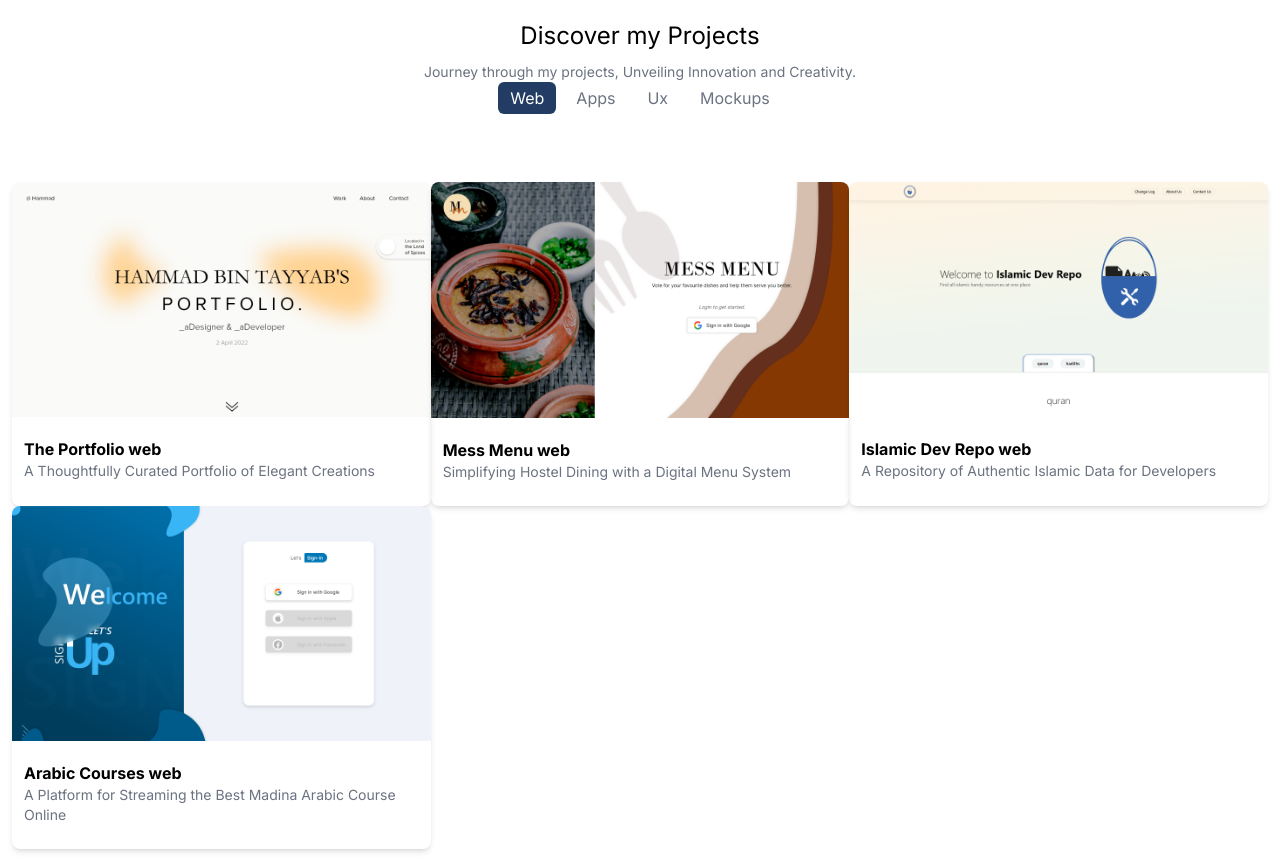
Repository: SpicierEwe/my_portfolio_v2
Page: /
An editor plug-in stored every save of this project. The page is shown before and after a run of saves, followed by the edit.
The browser window is 1280 px wide. The pictures show the whole page.
The project was rebuilt for these pictures with package versions that can differ from the ones it lists, and the page was loaded fresh each time. The framework's server and built-in components were replaced by stand-ins that run in the browser. Also part of the build but not shown: next.config.js, core/utils/customIcons.js, core/utils/utils.tsx, core/db/sub_db_data/ux_db.js.

Above is the page before, as saved 2024-04-22 11:15:50.

### app/page.tsx
import DevicePreview from "@/Components/Device_preview/device_preview";
import HeroSection from "@/Components/Hero_section/hero_section";
import WorkSection from "@/Components/Work_section/work_section";
import Image from "next/image";

export default function Home() {
  return (
    <main>
      {/* <div className="absolute z-30 overflow-hidden bottom-0 ">
        <DevicePreview  />
      </div> */}
      {/* <div className="overflow-hidden">
        <HeroSection />
      </div> */}

      <WorkSection />
    </main>
  );
}

### app/globals.css
@layer base {

  @font-face {
    font-family: 'Garamond';
    src: url('../public/fonts/EBGaramond-VariableFont_wght.ttf');

  }

  @font-face {
    font-family: 'Proxima Nova';
    src: url('../public/fonts/MarkSimonsonProximaNovaRegular.otf');
    font-weight: normal;
    font-style: normal;
  }


  @font-face {
    font-family: "Rage";
    src: url("../public/fonts/rage.ttf");
  }
}

@tailwind base;
@tailwind components;
@tailwind utilities;

:root {
  --foreground-rgb: 0, 0, 0;
  --background-start-rgb: 214, 219, 220;
  --background-end-rgb: 255, 255, 255;

}

@media (prefers-color-scheme: dark) {
  :root {
    --foreground-rgb: 255, 255, 255;
    --background-start-rgb: 0, 0, 0;
    --background-end-rgb: 0, 0, 0;
  }
}

body {

  /* background: #F5F5F5; */
}

### Components/Work_section/work_section.tsx
"use client";

import { db } from "../../core/db/db";
import Image from "next/image";
import Link from "next/link";
import { useState } from "react";

export default function WorkSection() {
  const navItems: string[] = Object.keys(db.portfolioItems);
  const [selectedNavItemIndex, setSelectedNavItemIndex] = useState<number>(0);
  return (
    <section className="">
      {/* header */}
      <header className="flex flex-col items-center pt-5">
        <h2 className="text-center text-2xl">Discover my Projects</h2>
        <p className="text-center text-sm mt-2.5 text-gray-500">
          Journey through my projects, Unveiling Innovation and Creativity.
        </p>
      </header>
      {/* nav */}
      <nav>
        <ul className="flex justify-center mt-6 gap-2 flex-wrap">
          {navItems.map((item, index) => {
            const isSelected: Boolean = selectedNavItemIndex == index;
            return (
              <li
                className={`${
                  isSelected ? "bg-brand-color" : ""
                } px-3 py-1 rounded-md cursor-pointer`}
                onClick={() => setSelectedNavItemIndex(index)}
                key={index}
              >
                <Link
                  href="#"
                  className={`${
                    isSelected ? "text-white" : "text-gray-500"
                  } capitalize`}
                >
                  {item}
                </Link>
              </li>
            );
          })}
        </ul>
      </nav>

      <main>
        {/* projects */}
        <div className="grid grid-cols-1 md:grid-cols-2 lg:grid-cols-3 gap-4 mt-14 px-3 py-3">
          {(db.portfolioItems as any)[navItems[selectedNavItemIndex]].map(
            (item: any, index: number) => {
              const selectedNavItemName: string =
                navItems[selectedNavItemIndex];
              const projectName: string = item["projectName"];
              const imageLink: string = item["imageLink"];
              const tagLine = item["projectTagLine"];
              return (
                <div
                  key={index}
                  className="shadow-md rounded-lg overflow-hidden"
                >
                  {
                    <Image
                      className=""
                      src={imageLink}
                      alt={projectName}
                      height={200}
                      width={200}
                      layout="responsive"
                    ></Image>
                  }
                  <div className="ml-3 mb-6 mt-5">
                    <p className=" font-bold">
                      {projectName} {selectedNavItemName}
                    </p>
                    <p className="text-gray-500 text-sm">{tagLine}</p>
                  </div>
                </div>
              );
            }
          )}
        </div>
      </main>
    </section>
  );
}

### core/db/db.js
import { websitesDb } from "./sub_db_data/websites_db";
import { appsDb } from "./sub_db_data/apps_db";
import { uxDb } from "./sub_db_data/ux_db";
import { mockupsDb } from "./sub_db_data/mockups_db";

export const db = {
  portfolioItems: {
    web: websitesDb,
    apps: appsDb,
    ux: uxDb,
    mockups: mockupsDb,
  },
};

### core/db/sub_db_data/websites_db.js
import { embedCustomLinks } from "../../utils/utils";

export const websitesDb = [
  {
    projectName: "The Portfolio",
    projectId: "e2f9658b-f9bb-4d2c-ac8c-113a56d9204f",
    projectTagLine: "A Thoughtfully Curated Portfolio of Elegant Creations",
    link: "https://hammadtayyab.vercel.app/",
    imageLink: "/images/websites/my_portfolio.png",
    info: "This portfolio project showcases a minimalist design, highlighting my work and skills with clarity and finesse. The aim was to provide a seamless user experience and intuitive navigation, creating a comprehensive and sophisticated display of my professional journey.",
    roles: [
      "Data Analyst",
      "Designer",
      "Developer",
      "Maintainer",
      "Product Manager",
      "Tester/Quality Assurance",
      "Researcher",
      "DevOps Engineer",
      "Technical Writer",
      "Project Manager",
    ],
    techStack: [
      "NextJs",
      "React",
      "TypeScript",
      "TailwindCSS",
      "HTML",
      "CSS",
      "JavaScript",
      "Git",
      "Vercel",
    ],
  },
  {
    projectId: "566ec8d6-4d5d-4f22-9580-2c574f7122fb",
    projectName: "Mess Menu",
    projectTagLine: "Simplifying Hostel Dining with a Digital Menu System",
    link: "https://messmenu.vercel.app/",
    imageLink: "/images/websites/mess_menu.png",
    info: "This project streamlines the process of hostel dining by offering a digital menu system for students. Monthly menus are curated through community voting, allowing students to have a say in their dining options. Originating from a friend's final year project, the focus was on user-centric design and functionality, ensuring a seamless experience for all users.",
    roles: [
      "Data Analyst",
      "Designer",
      "Developer",
      "Maintainer",
      "Product Manager",
      "Tester/Quality Assurance",
      "Researcher",
      "DevOps Engineer",
      "Technical Writer",
      "Project Manager",
    ],
    techStack: [
      "NextJs",
      "React",
      "HTML",
      "CSS",
      "JavaScript",
      "Git",
      "Vercel",
      "Firebase",
      "Firebase Auth",
    ],
  },
  {
    projectId: "e3a52953-0a4d-43c3-b874-bd55925f6a7e",
    projectName: "Islamic Dev Repo",
    projectTagLine: "A Repository of Authentic Islamic Data for Developers",
    link: "https://islamic-dev-repo.vercel.app/",
    imageLink: "/images/websites/islamic_dev_repo.png",
    info: "This project offers developers a curated repository of reliable Islamic data that can be seamlessly integrated into various applications. With a focus on authenticity and compatibility across multiple devices, this repository provides a trustworthy source of information for developers working on Islamic-related projects.",
    roles: [
      "Data Analyst",
      "Designer",
      "Developer",
      "Maintainer",
      "Product Manager",
      "Tester/Quality Assurance",
      "Researcher",
      "DevOps Engineer",
      "Technical Writer",
      "Project Manager",
    ],
    techStack: [
      "NextJs",
      "React",
      "HTML",
      "CSS",
      "JavaScript",
      "Git",
      "Vercel",
      "Python",
    ],
  },
  {
    projectId: "87693335-b9d6-434c-8428-5d8266482050",
    projectName: "Arabic Courses",
    projectTagLine:
      "A Platform for Streaming the Best Madina Arabic Course Online",
    link: "https://arabiccourses.vercel.app/",
    imageLink: "/images/websites/arabic_courses.png",
    info: `The goal of this project was to establish an online platform for the popular Madina Arabic course, allowing users to stream videos from the cloud and track their progress. Initially, the videos were only available for download, but this platform offers a more convenient streaming experience. You can learn more about the course at ${embedCustomLinks(
      {
        link: "https://abdurrahman.org/arabic-learning/dvds/",
        title: "AbdurRahman.Org",
      }
    )}. Arabic Courses enhances accessibility and convenience for users, making the learning process smoother and more enjoyable.`,
    roles: [
      "Data Analyst",
      "Designer",
      "Developer",
      "Maintainer",
      "Product Manager",
      "Tester/Quality Assurance",
      "Researcher",
      "DevOps Engineer",
      "Technical Writer",
      "Project Manager",
    ],
    techStack: [
      "NextJs",
      "React",
      "HTML",
      "CSS",
      "JavaScript",
      "Git",
      "Vercel",
      "Firebase",
      "Firebase Auth",
    ],
  },
];

### core/db/sub_db_data/apps_db.js
import { embedCustomLinks } from "../../utils/utils";

export const appsDb = [
  {
    projectId: "38384ae3-5586-40be-b025-c9c3ad1094ef",
    projectName: "al Qur'an",
    projectTagLine: "All about the Qur'an in one app.",

    link: "https://play.google.com/store/apps/details?id=com.spicierewe.al_quran",

    imageLink: "/images/apps/al_quran.png",

    info: `The "al Qur'an" app offers a comprehensive experience of the Qur'an for users around the world. It includes a wide range of translations in various languages, tafseer (exegesis), access to over 49 reciters and translators, and much more. All data is sourced from the reliable platform ${embedCustomLinks(
      { link: "https://quran.com", title: "quran.com" }
    )}.`,

    roles: [
      "Data Analyst",
      "Designer",
      "Developer",
      "Maintainer",
      "Product Manager",
      "Tester/Quality Assurance",
      "Researcher",
      "DevOps Engineer",
      "Technical Writer",
      "Project Manager",
    ],

    techStack: ["Flutter", "Dart", "Git", "Adobe XD"],

    platforms: ["Android"],
  },
  {
    projectId: "1eeb435f-acbd-41e8-b826-440959bb6a57",
    projectName: "Riddle Me",
    projectTagLine: "Riddle Me: Unraveling Minds, One Clue at a Time!",

    link: "https://play.google.com/store/apps/details?id=com.spicierewe.RiddleMe",

    imageLink: "/images/apps/riddle_me.png",

    info: "Riddle Me is an engaging and challenging game designed to test your intelligence and problem-solving skills. This game stimulates creative thinking and encourages you to approach problems from different perspectives.",

    roles: [
      "Data Analyst",
      "Designer",
      "Developer",
      "Maintainer",
      "Product Manager",
      "Tester/Quality Assurance",
      "Researcher",
      "DevOps Engineer",
      "Technical Writer",
      "Project Manager",
    ],

    techStack: ["Flutter", "Dart", "Git", "Adobe XD"],

    platforms: ["Android"],
  },
  {
    projectId: "2ae7005c-16e2-4fe5-b7b0-20f5f826321e",
    projectName: "Food Deals",
    projectTagLine: "Find the best food deals at your fingertips.",

    link: "https://play.google.com/store/apps/details?id=com.spicierewe.food_deals",

    imageLink: "/images/apps/food_deals.png",

    info: "Food Deals is an app that helps users discover the best offers and discounts on their favorite food delivery services. Save money and enjoy your favorite meals by comparing prices across different platforms.",

    roles: [
      "Data Analyst",
      "Designer",
      "Developer",
      "Maintainer",
      "Product Manager",
      "Tester/Quality Assurance",
      "Researcher",
      "DevOps Engineer",
      "Technical Writer",
      "Project Manager",
    ],

    techStack: ["Flutter", "Dart", "Git", "Adobe XD"],

    platforms: ["Android"],
  },
  {
    projectId: "627de94f-59b4-4f85-bcf4-df6fbf22714e",
    projectName: "Hadith Collection",
    projectTagLine: "Access authentic hadiths of the Prophet Muhammad (pbuh).",

    link: "https://play.google.com/store/apps/details?id=com.spicierewe.ahadith_collection",

    imageLink: "/images/apps/ahadith_collection.png",

    info: `The "Hadith Collection" app provides a comprehensive and authentic collection of hadiths of the Prophet Muhammad (pbuh). It includes data from various reputable sources such as ${embedCustomLinks(
      { link: "https://sunnah.com", title: "sunnah.com" }
    )} for Arabic and English, and ${embedCustomLinks({
      link: "https://github.com/pakjiddat/islam-companion-web-api",
      title: "islam-companion-web-api",
    })} for Urdu data.`,

    roles: [
      "Data Analyst",
      "Designer",
      "Developer",
      "Maintainer",
      "Product Manager",
      "Tester/Quality Assurance",
      "Researcher",
      "DevOps Engineer",
      "Technical Writer",
      "Project Manager",
    ],

    techStack: ["Flutter", "Dart", "Git", "Adobe XD"],

    platforms: ["Android"],
  },
  {
    projectId: "7468bdef-5b24-454e-ae99-dd0a558441d7",
    projectName: "Study Practice",
    projectTagLine: "Practice makes perfect.",

    link: "https://play.google.com/store/apps/details?id=com.spicierewe.study_practice",

    imageLink: "/images/apps/study_practice.png",

    info: "Study Practice is a study companion app designed to help students prepare for competitive exams such as NEET and JEE. The app offers past exam questions, mock tests, and real-time progress tracking along with official study material.",

    roles: [
      "Data Analyst",
      "Designer",
      "Developer",
      "Maintainer",
      "Product Manager",
      "Tester/Quality Assurance",
      "Researcher",
      "DevOps Engineer",
      "Technical Writer",
      "Project Manager",
    ],

    techStack: ["Flutter", "Dart", "Git", "Adobe XD"],

    platforms: ["Android"],
  },
];

### core/db/sub_db_data/mockups_db.js
export const mockupsDb = [
  {
    phone_mockup_links: [],
    other_mockup_links: [
      "/images/mockups/eat_healthy_mockup.svg",
      "/images/mockups/bot_mockup_theme_light.svg",
      "/images/mockups/bot_mockup_theme_dark.svg",
      "/images/mockups/the_perfume_lab_price_list.png",
      "/images/mockups/noraty_business_hero_section.svg",
      "/images/mockups/gr_showcase.png",
      "/images/mockups/just_moved_showcase.png",
      "/images/mockups/archer_product_design.png",
      "/images/mockups/the_connection_poster.png",
      "/images/mockups/social_flow_flyer.png",
      "/images/mockups/LVD_roll_up_banner.png",
      "/images/mockups/ATS_flyer.png",
    ],
  },
];

### tailwind.config.js
const { reverse } = require("dns");
const defaultTheme = require("tailwindcss/defaultTheme");

/** @type {import('tailwindcss').Config} */
module.exports = {
  content: [
    "./pages/**/*.{js,ts,jsx,tsx,mdx}",
    "./components/**/*.{js,ts,jsx,tsx,mdx}",
    "./app/**/*.{js,ts,jsx,tsx,mdx}",
    "./core/**/*.{js,ts,jsx,tsx,mdx}",
  ],
  theme: {
    extend: {
      screens: { xs: { max: "640px" } },

      maxWidth: {
        "120rem": "120rem",
      },

      backgroundImage: {
        "gradient-radial": "radial-gradient(var(--tw-gradient-stops))",
        "gradient-conic":
          "conic-gradient(from 180deg at 50% 50%, var(--tw-gradient-stops))",
      },

      colors: {
        "brand-color": "#223c63",
        "primary-color": "#ffffff",
        "secondary-color": "#00A699",
        "accent-color": "#779ace",
      },

      keyframes: {
        wiggle: {
          "0%, 100%": { transform: "rotate(-3deg)" },
          "50%": { transform: "rotate(3deg)" },
        },

        levitate: {
          "0%": { transform: "translateY(50px)" },
          "50%": { transform: "translateY(-30px)  scale(1.1)" },
          "100%": { transform: "translateY(50px)" },
        },
        levitate_reverse: {
          "0%": { transform: "translateY(-90px)" },
          "50%": { transform: "translateY(30px)  scale(1.1)" },
          "100%": { transform: "translateY(-90px)" },
        },
      },

      animation: {
        "spin-slow": "spin 3s linear infinite",
        wiggle: "wiggle 1s ease-in-out infinite",
        levitate: "levitate 5s ease-in-out infinite",
        levitate_reverse: "levitate_reverse 5s ease-in-out infinite reverse",
      },

      fontFamily: {
        garmond: ["Garmond", ...defaultTheme.fontFamily.serif],
        custom_sans: ["Proxima Nova", ...defaultTheme.fontFamily.sans],
      },

      height: {
        dvh: "100dvh",
      },
    },
  },

  variants: {
    backgroundColor: ["responsive", "hover", "focus", "active"],
  },

  plugins: [],
};

Loaded but not shown: app/layout.tsx (common file)

After the next 2 saves:
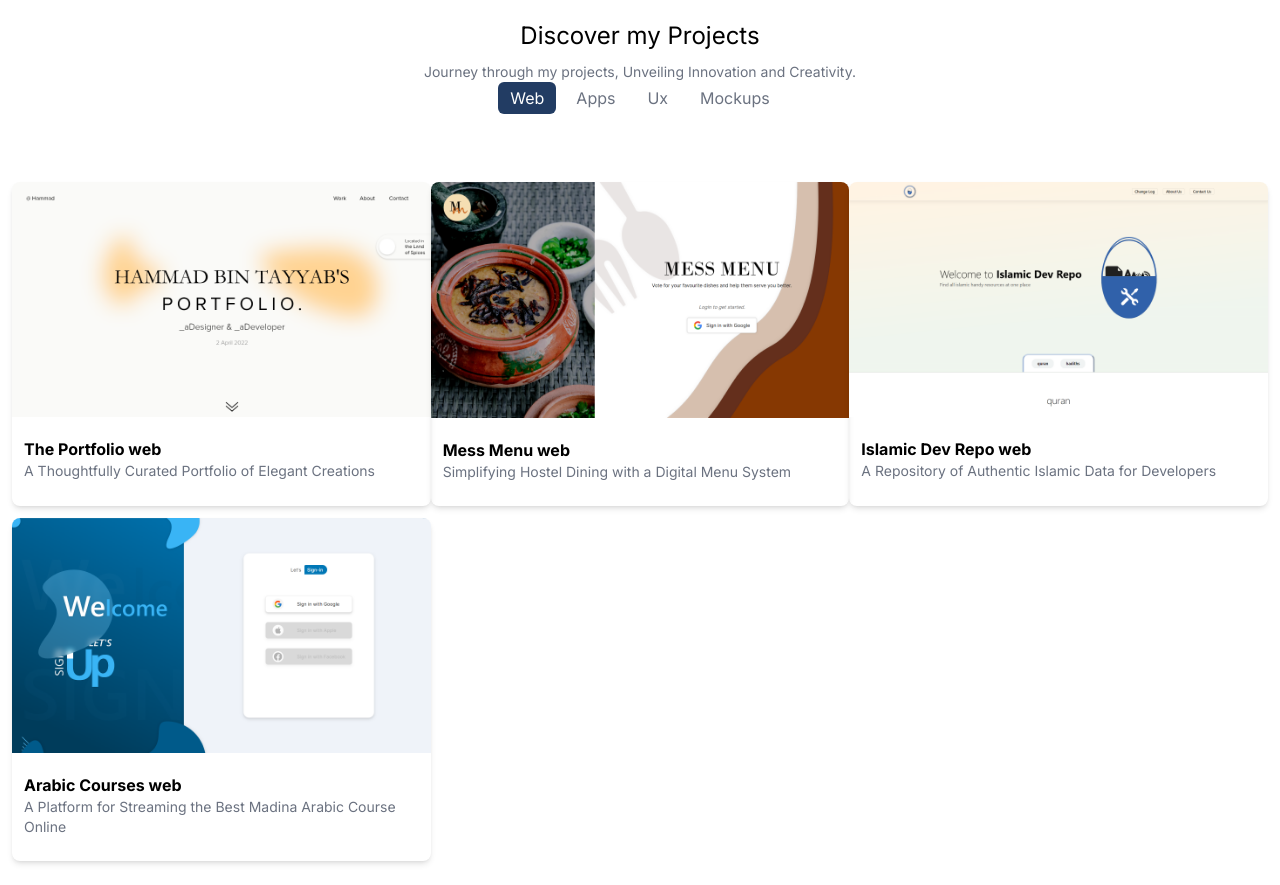
The 2 saves are shown as one change because they came seconds apart.
The last was saved 23 s later.
--- a/Components/Work_section/work_section.tsx
+++ b/Components/Work_section/work_section.tsx
@@ -57,7 +57,7 @@ export default function WorkSection() {
               return (
                 <div
                   key={index}
-                  className="shadow-md rounded-lg overflow-hidden"
+                  className="shadow-md rounded-lg overflow-hidden mb-3"
                 >
                   {
                     <Image
